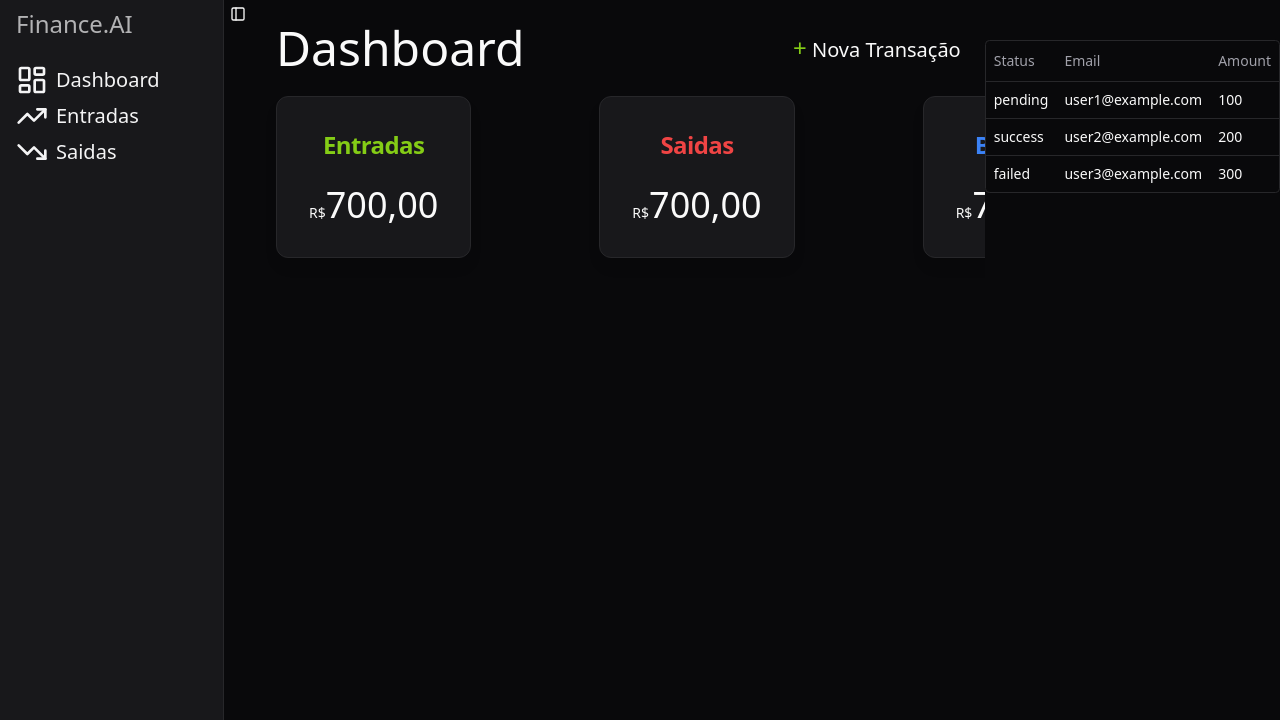
Repository: jvmotadev/web1front
Page: /
An editor plug-in stored every save of this project. The page is shown before and after the next save, followed by the edit.
The browser window is 1280 px wide. The pictures show the whole page.
The project was rebuilt for these pictures with package versions that can differ from the ones it lists, and the page was loaded fresh each time. Also part of the build but not shown: vite.config.ts, src/components/ui/input.tsx, src/components/ui/separator.tsx, src/components/ui/sheet.tsx, src/components/ui/skeleton.tsx, src/components/ui/tooltip.tsx, src/components/ui/label.tsx, src/components/ui/tabs.tsx and 8 more.

Above is the page before, as saved 2024-11-16 04:03:05.

After the next save:
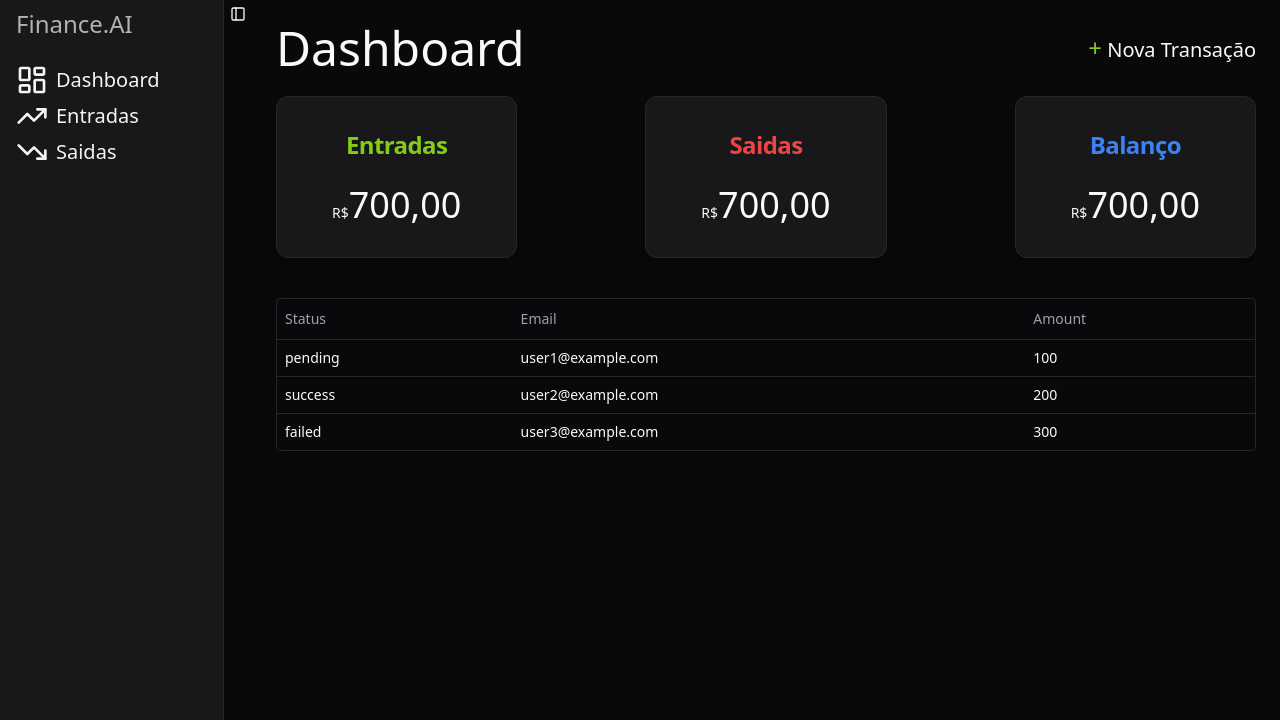
Saved 34 s later.
--- a/src/pages/dashboard.tsx
+++ b/src/pages/dashboard.tsx
@@ -58,14 +58,14 @@ const Dashboard = () => {
 
           </Card>
         </div>
-
+        <div className="container mx-auto py-10">
+          <DataTable columns={columns} data={staticPayments} />
+        </div>
       </main>
 
 
       <div>
-      <div className="container mx-auto py-10">
-        <DataTable columns={columns} data={staticPayments} />
-      </div>
+
       </div>
     </div>
   );
